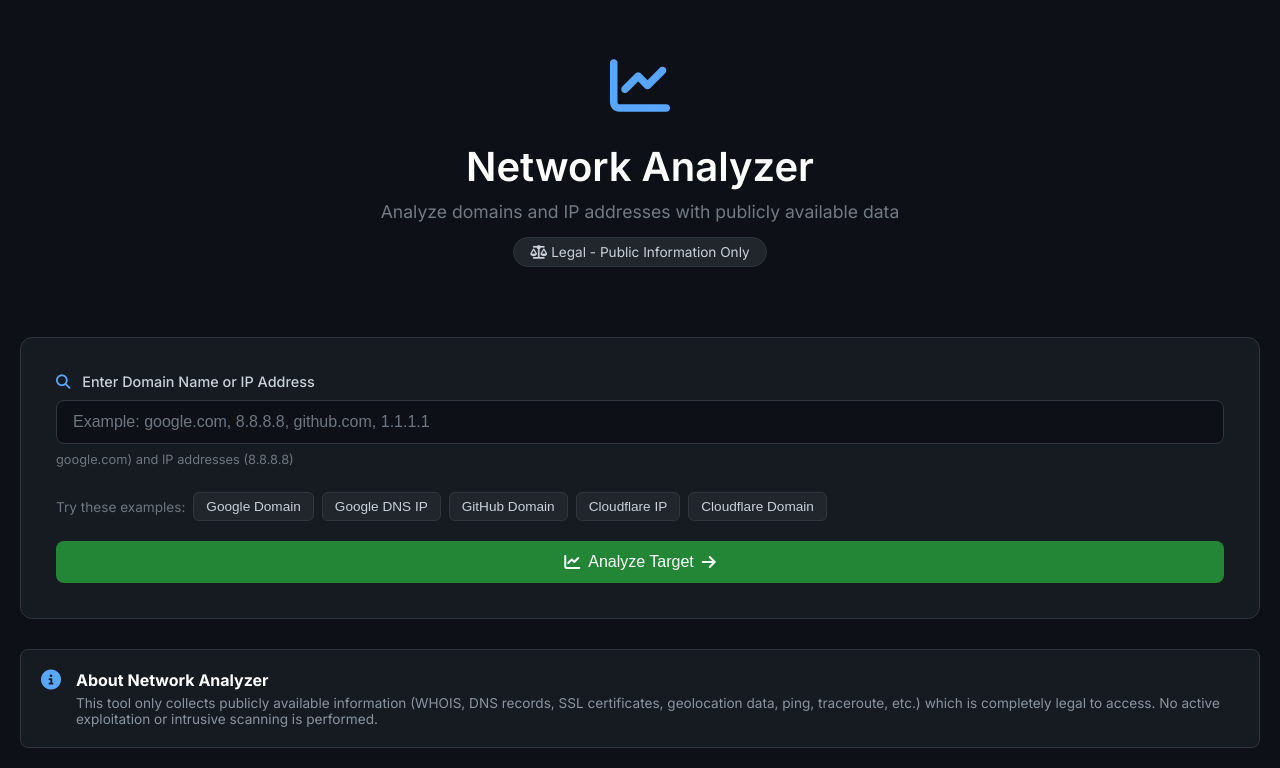
Repository: marjia999/Network-Analyzer
Page: index.html
The author's editor kept a copy of each file at every save. The page is drawn from the files as they stood at one save, then again after a run of saves.
The browser window is 1280 px wide. The pictures show the whole page.

Above is the page before, as saved 2026-04-05 13:55:21.

After the next 3 saves:
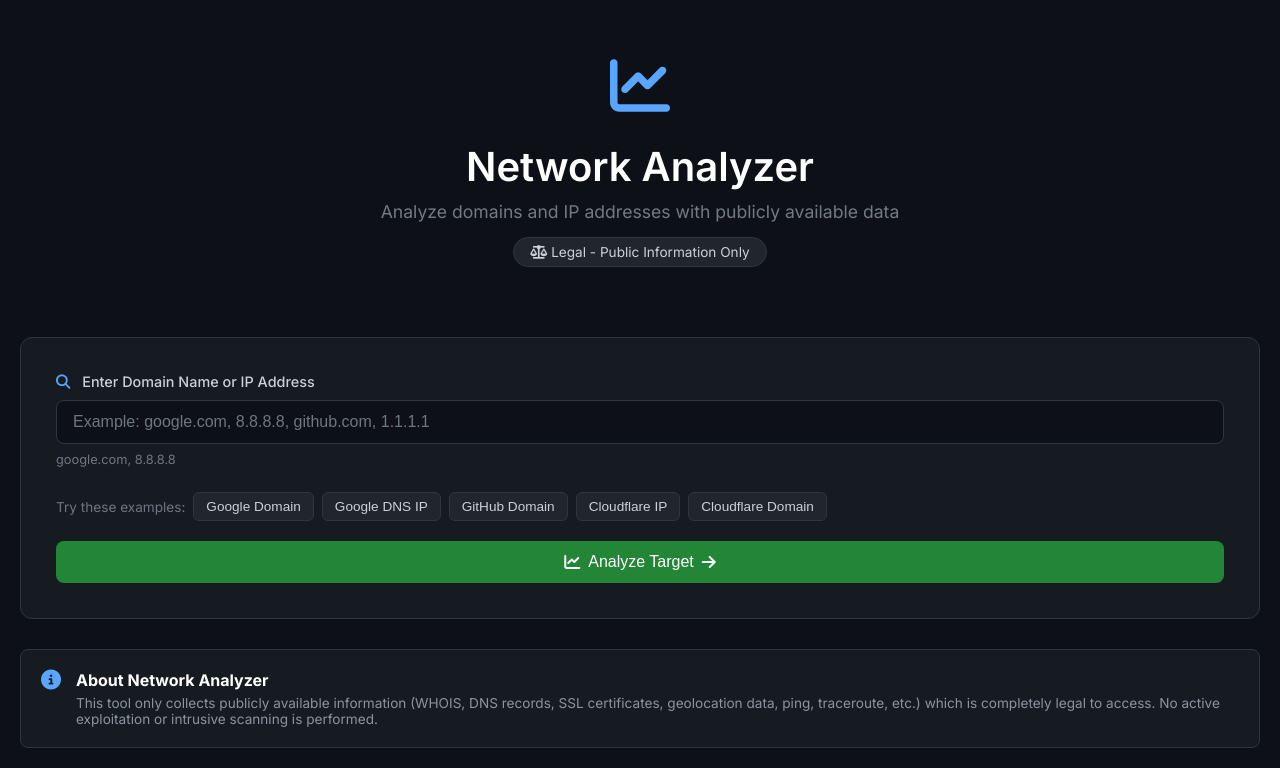
The 3 saves are shown as one change because they came seconds apart.
The last was saved 13 s later.
--- a/index.html
+++ b/index.html
@@ -28,7 +28,7 @@
                         <i class="fas fa-search"></i> Enter Domain Name or IP Address
                     </label>
                     <input type="text" id="target" placeholder="Example: google.com, 8.8.8.8, github.com, 1.1.1.1" required>
-                    <div class="input-hint">google.com) and IP addresses (8.8.8.8)</div>
+                    <div class="input-hint">google.com, 8.8.8.8</div>
                 </div>
 
                 <div class="example-targets">
